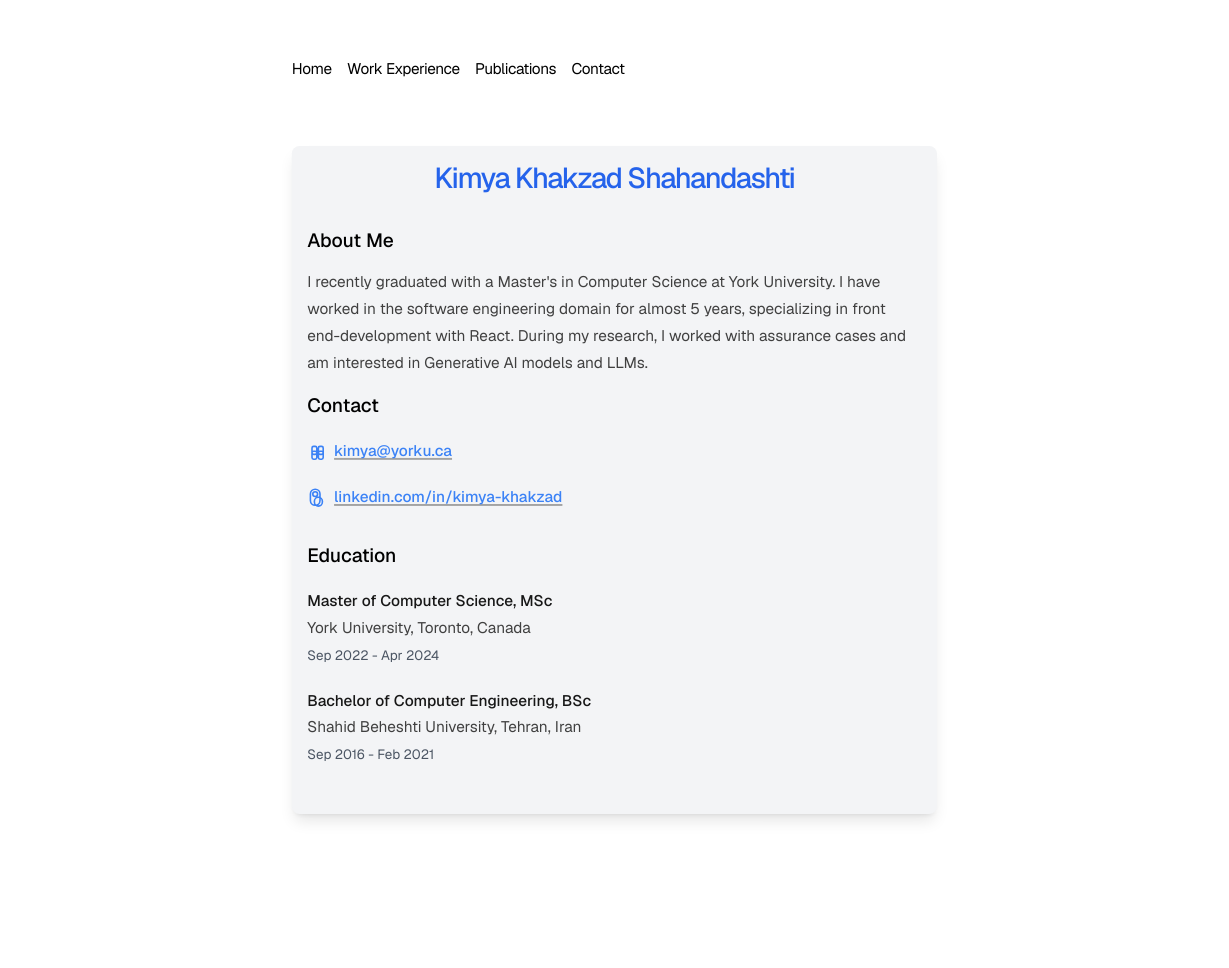
Repository: kimixz/kimixz.github.io
Page: /
The author's editor kept a copy of each file at every save. The page is drawn from the files as they stood at one save, then again after the next save.
The browser window is 1280 px wide. The pictures show the whole page, at 96% of full size.
The project was rebuilt for these pictures with package versions that can differ from the ones it lists, and the page was loaded fresh each time. Some packages were replaced by stand-ins written for this rebuild. The framework's server and built-in components were replaced by stand-ins that run in the browser. Also part of the build but not shown: next.config.mjs, app/blog/[slug]/sandpack.tsx.

Above is the page before, as saved 2024-07-28 18:55:29.

After the next save:
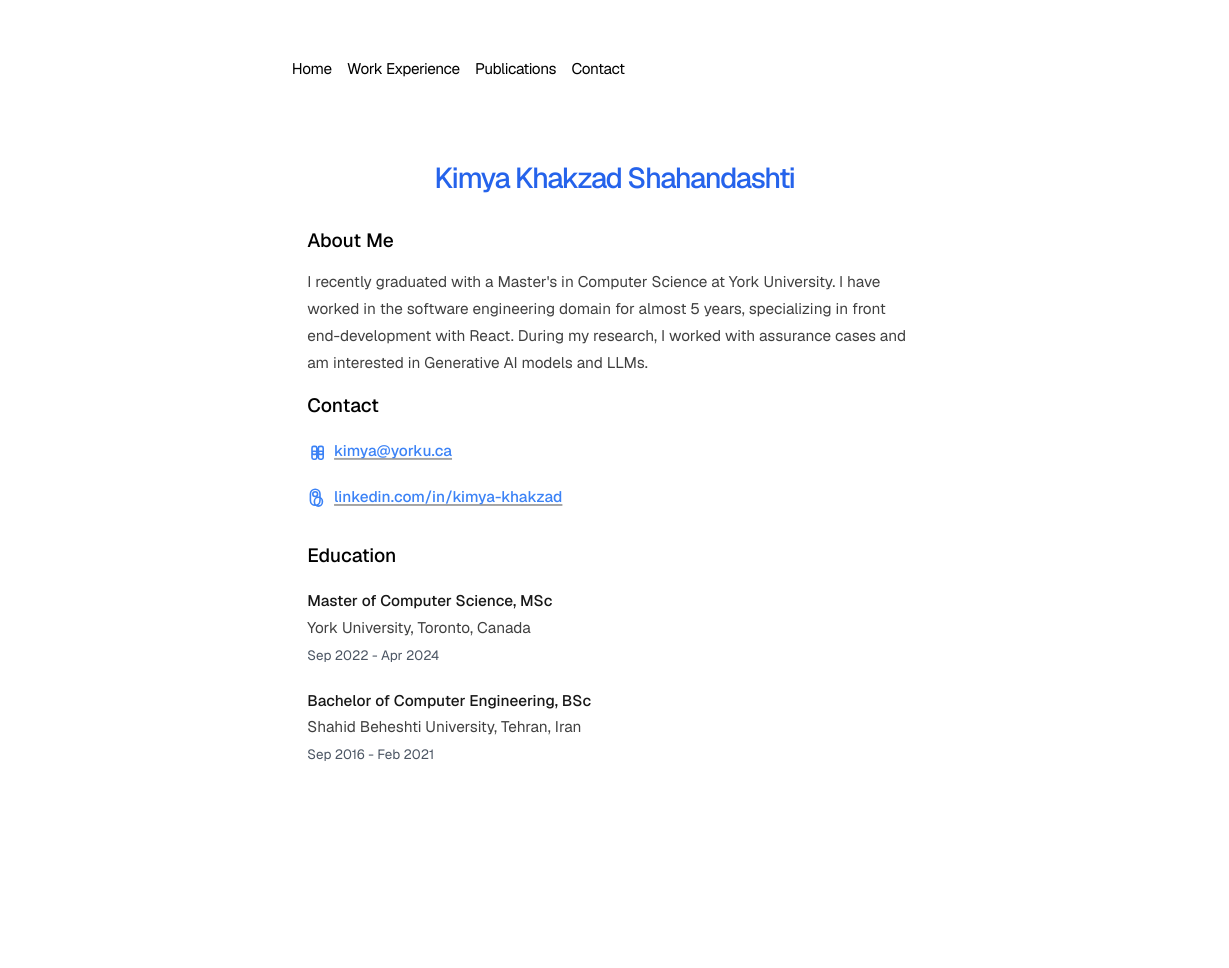
Saved 22 s later.
--- a/app/page.tsx
+++ b/app/page.tsx
@@ -1,6 +1,6 @@
 export default function Page() {
   return (
-    <section className="max-w-3xl mx-auto p-4 bg-gray-100 dark:bg-gray-800 rounded-lg shadow-lg">
+    <section className="max-w-3xl mx-auto p-4">
       <h1 className="font-medium text-3xl mb-8 tracking-tighter text-center text-blue-600 dark:text-blue-400">Kimya Khakzad Shahandashti</h1>
 
       <section className="mb-8">
